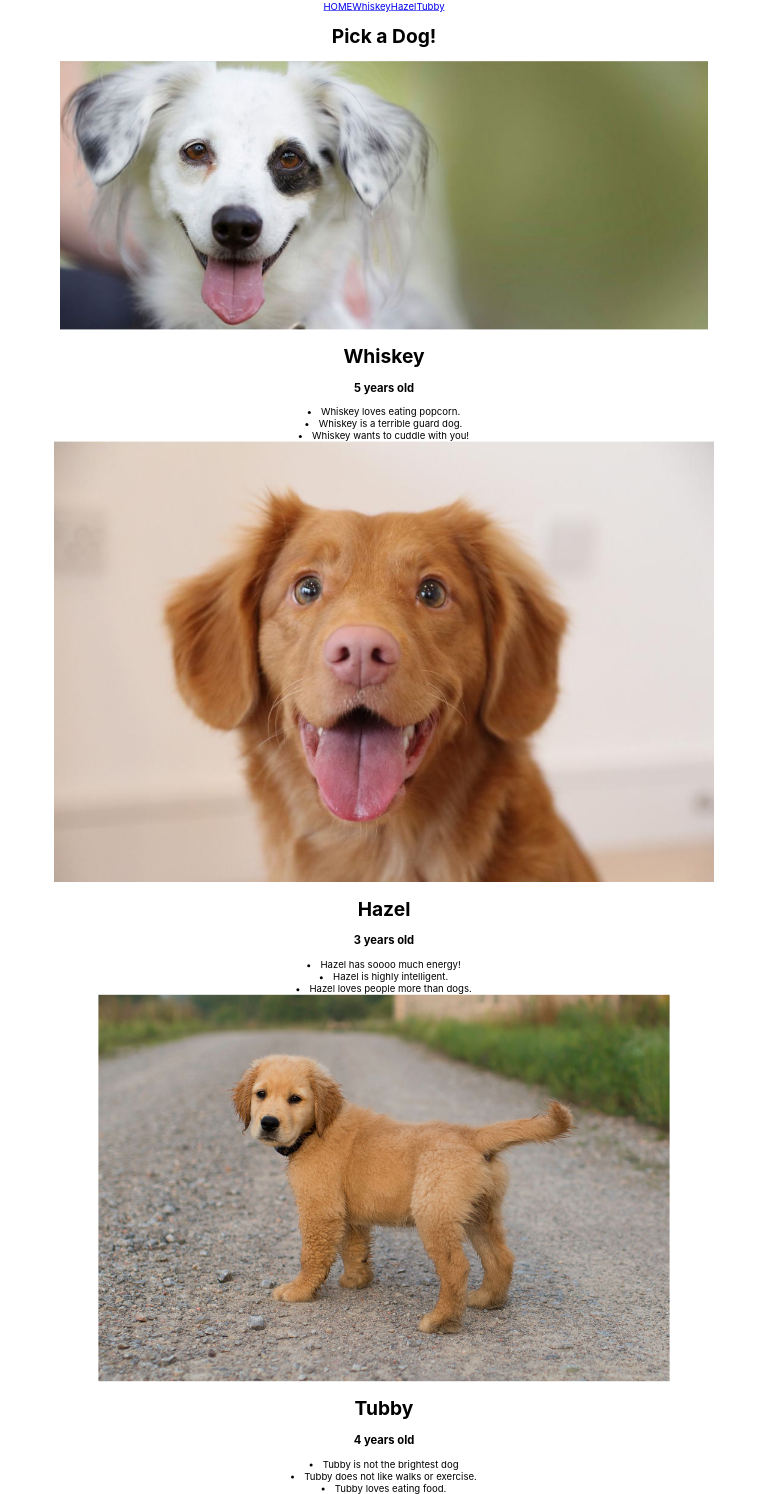
Repository: johnmutina/dog-finder
Page: /dogs
These files come from the project's save history. The page is drawn as it stood at one moment and after the next save; the edit follows.
The browser window is 1280 px wide. The pictures show the whole page, at 60% of full size.
The project was rebuilt for these pictures with package versions that can differ from the ones it lists, and the page was loaded fresh each time.

Above is the page before, as saved 2019-07-28 12:55:44.

### src/App.js
import React, { Component } from "react";
import { Switch, Route, NavLink } from "react-router-dom";
import DogFinder from "./DogFinder";
import Dog from "./Dog";
import "./App.css";

// Import all images in image folder
function importAll(r) {
  let images = {};
  r.keys().map((item, index) => {
    images[item.replace("./", "")] = r(item);
  });
  return images;
}

const images = importAll(
  require.context("./assets", false, /\.(gif|jpe?g|svg)$/)
);

class App extends Component {
  static defaultProps = {
    dogs: [
      {
        name: "Whiskey",
        age: 5,
        src: images["whiskey.jpg"],
        facts: [
          "Whiskey loves eating popcorn.",
          "Whiskey is a terrible guard dog.",
          "Whiskey wants to cuddle with you!"
        ]
      },
      {
        name: "Hazel",
        age: 3,
        src: images["hazel.jpg"],
        facts: [
          "Hazel has soooo much energy!",
          "Hazel is highly intelligent.",
          "Hazel loves people more than dogs."
        ]
      },
      {
        name: "Tubby",
        age: 4,
        src: images["tubby.jpg"],
        facts: [
          "Tubby is not the brightest dog",
          "Tubby does not like walks or exercise.",
          "Tubby loves eating food."
        ]
      }
    ]
  };

  render() {
    return (
      <div className="App">
        {/* NAVBAR */}
        <div className="App-navbar">
          <NavLink to="/dogs" activeClassName="App-active-navlink">
            HOME
          </NavLink>
          {this.props.dogs.map(dog => (
            <NavLink
              key={dog.name}
              to={`/dogs/${dog.name}`}
              activeClassName="App-active-navlink"
            >
              {dog.name}
            </NavLink>
          ))}
        </div>

        {/* ROUTES SETUP */}

        <Switch>
          <Route
            exact
            path="/dogs"
            render={routeProps => (
              <DogFinder dogs={this.props.dogs} {...routeProps} />
            )}
          />
          <Route
            exact
            path="/dogs/:name"
            render={routeProps => (
              <Dog
                {...this.props.dogs.filter(
                  dog => dog.name == routeProps.match.params.name
                )[0]}
                {...routeProps}
              />
            )}
          />
          <Route component={DogFinder} />
        </Switch>
      </div>
    );
  }
}

export default App;

### src/DogFinder.js
import React, { Component } from "react";
import Dog from "./Dog";

class DogFinder extends Component {
  render() {
    return (
      <div>
        <h1>Pick a Dog!</h1>
        {this.props.dogs.map(dog => (
          <Dog key={dog.name} {...dog} />
        ))}
      </div>
    );
  }
}

export default DogFinder;

### src/Dog.js
import React, { Component } from "react";

class Dog extends Component {
  render() {
    return (
      <div className="Dog">
        <img src={this.props.src} alt={`${this.props.name}`} />
        <h1>{this.props.name}</h1>
        <h3>{this.props.age} years old</h3>
        {this.props.facts.map(fact => (
          <li>{fact}</li>
        ))}
      </div>
    );
  }
}

export default Dog;

Loaded but not shown: public/index.html (common file); src/index.js (common file); src/index.css (common file); src/serviceWorker.js (common file); src/App.css (common file)

After the next save:
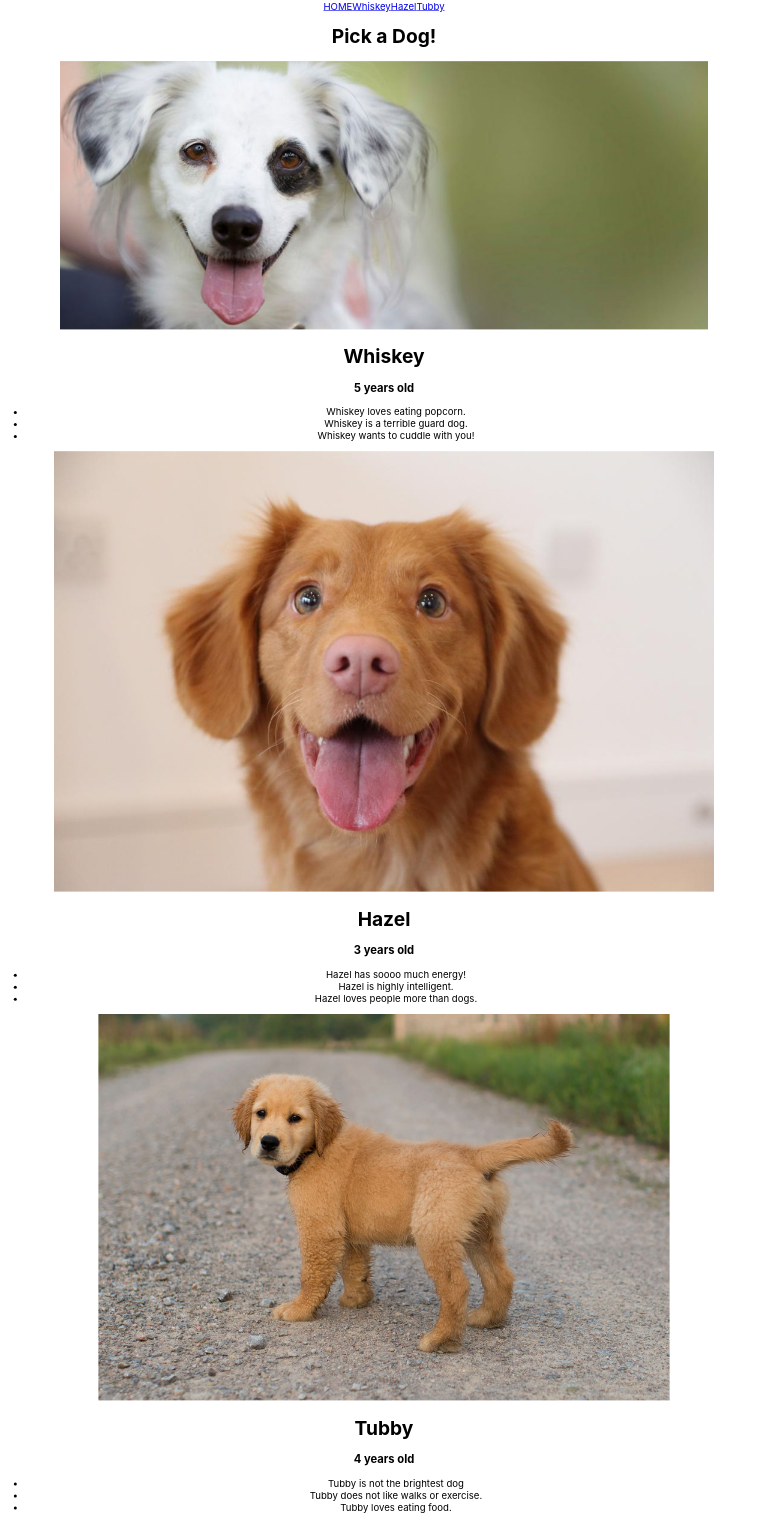
Saved 10 s later.
--- a/src/Dog.js
+++ b/src/Dog.js
@@ -7,9 +7,11 @@ class Dog extends Component {
         <img src={this.props.src} alt={`${this.props.name}`} />
         <h1>{this.props.name}</h1>
         <h3>{this.props.age} years old</h3>
-        {this.props.facts.map(fact => (
-          <li>{fact}</li>
-        ))}
+        <ul>
+          {this.props.facts.map(fact => (
+            <li>{fact}</li>
+          ))}
+        </ul>
       </div>
     );
   }
